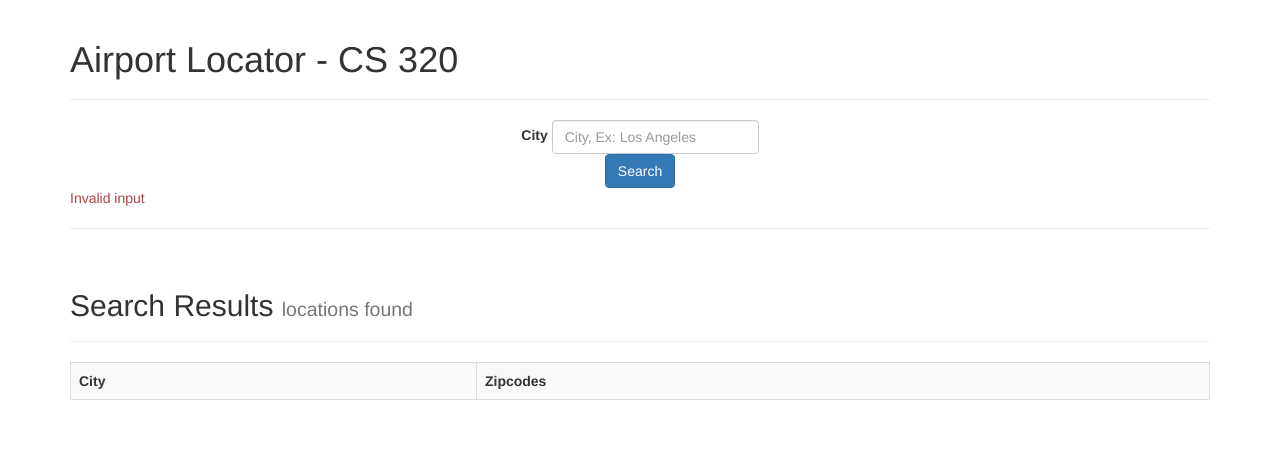
Repository: JamesPatel37/Java-Development-II-III
Page: http://localhost/CS320/ALView.jsp
These files come from the project's save history. The page is drawn as it stood at one moment and after the next save; the edit follows.
The browser window is 1280 px wide. The pictures show the whole page.
The page is served by Tomcat 9. Other server files are loaded and not shown. The template is opened directly, without the code that normally fills it, so the values that code supplies are empty.

Above is the page before, as saved 2015-06-14 21:44:48.

### Workspace/CS320/WebContent/ALView.jsp
<%@ page language="java" contentType="text/html; charset=UTF-8"
	pageEncoding="UTF-8"%>
<%@ taglib prefix="c" uri="http://java.sun.com/jsp/jstl/core"%>
<!DOCTYPE html PUBLIC "-//W3C//DTD HTML 4.01 Transitional//EN" "http://www.w3.org/TR/html4/loose.dtd">
<html>
<head>
<meta charset="utf-8">
<title>Homework 3</title>
<meta name="description" content="">
<meta name="viewport" content="width=device-width">
<link rel="stylesheet"
	href="https://maxcdn.bootstrapcdn.com/bootstrap/3.3.2/css/bootstrap.min.css">
<style type="text/css">
#googleMap {
	height: 380px;
	margin-top: 20px;
	margin-bottom: 20px;
}

;
.footer {
	padding-top: 20px;
}
</style>
</head>
<body>
	<div class="container">
		<div class="page-header">
			<h1>
				Airport Locator - CS 320
			</h1>
		</div>

		<form action="AirportLocator" method="get"
			class="form-inline text-center">
			<!-- div class="form-group">
				<label for="zip">Zipcode</label> <input type="text"
					class="form-control" name="zipcode" id="zipcode"
					placeholder="Zipcode Ex: 90001">
			</div-->
			<div class="form-group">
				<label for="city">City</label> <input type="text"
					class="form-control" name="city" id="city"
					placeholder="City, Ex: Los Angeles">
			</div>
			<br>
			<!-- div class="form-group">
				<label for="radius">Search Radius</label> <input type="text"
					class="form-control" name="radius"
					placeholder="Enter your search radius in miles">
			</div-->
			<button type="submit" class="btn btn-primary">Search</button>
		</form>

		<c:if test="${!isValidInput}">
			<p class="text-danger">Invalid input</p>
		</c:if>
		<hr />

		<p class="lead text-center" id="announcement"></p>

		<!-- div id="googleMap"></div-->

		<div class="row">
			<div class="col-xs-12">

				<div class="page-header">
					<h2>
						Search Results <small>${size} locations found</small>
					</h2>
				</div>

				<table class="table table-striped table-bordered">
					<tr>
						<th>City</th>
						<th>Zipcodes</th>
						<!-- th>Maps</th-->
					</tr>
		<c:if test="${not empty airports}">

					<c:forEach items="${airports}" var="entry">
						<tr>
							<td>${entry.city}</td>
							<td><strong>${entry.zipcode}</strong><br /> </td>
							<!--td class="text-center"><img
								src="https://maps.googleapis.com/maps/api/staticmap?center=${airports.latitude},${airports.longitude}&zoom=13&size=300x200&markers=color:red%7C${airports.latitude},${airports.longitude}" />
							</td-->
						</tr>
					</c:forEach>

		</c:if>

				</table>
			</div>
		</div>
		</div>

</body>
</html>

After the next save:
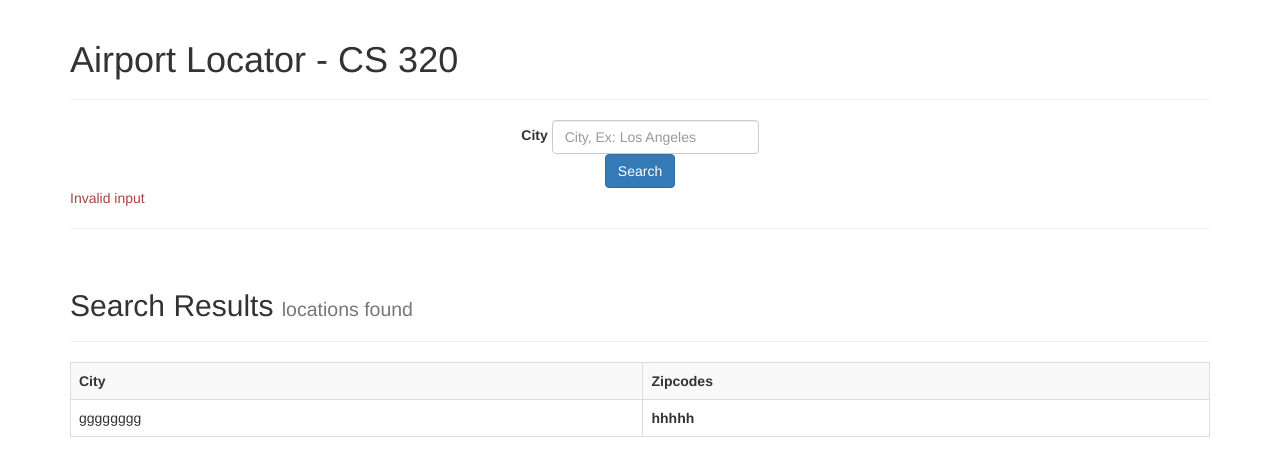
Saved 4 min 26 s later.
--- a/Workspace/CS320/WebContent/ALView.jsp
+++ b/Workspace/CS320/WebContent/ALView.jsp
@@ -76,6 +76,12 @@
 						<th>Zipcodes</th>
 						<!-- th>Maps</th-->
 					</tr>
+
+					<tr>
+							<td>gggggggg</td>
+							<td><strong>hhhhh</strong><br /> </td>
+
+					</tr>
 		<c:if test="${not empty airports}">
 
 					<c:forEach items="${airports}" var="entry">
